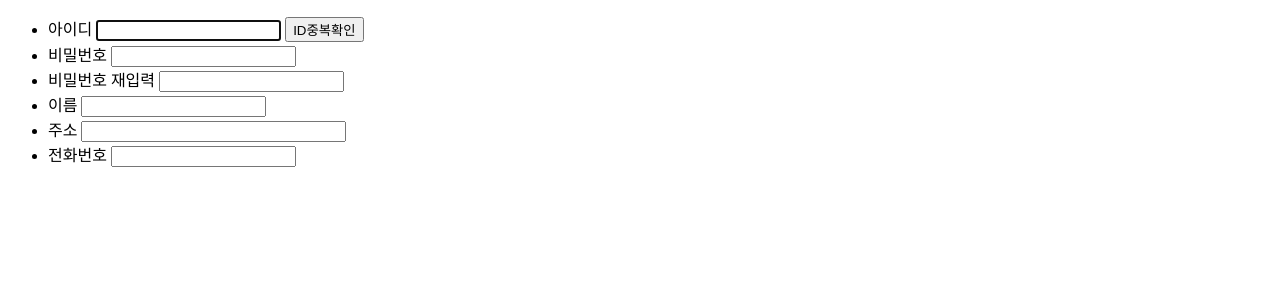
Repository: Tak-kuen/18-2
Page: http://localhost/studyjsp/ch11/registerForm.jsp
The author's editor kept a copy of each file at every save. The page is drawn from the files as they stood at one save, then again after the next save.
The browser window is 1280 px wide. The pictures show the whole page.
The page is served by Tomcat 9.

Above is the page before, as saved 2018-10-31 06:43:23.

After the next save:
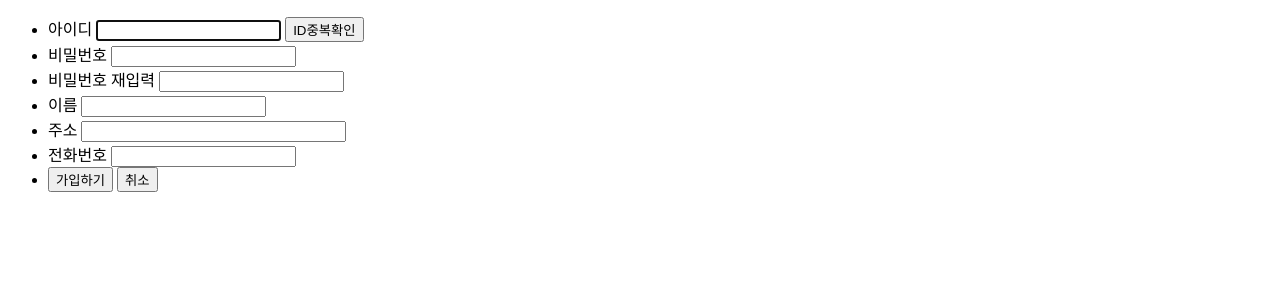
Saved 36 s later.
--- a/code/studyjsp/WebContent/ch11/registerForm.jsp
+++ b/code/studyjsp/WebContent/ch11/registerForm.jsp
@@ -24,6 +24,8 @@
 		<input id="address" name="address" type="text" size="30" maxlength="50" >
 		<li><label for="tel">전화번호</label>
 		<input id="tel" name="tel" type="tel" size="20" maxlength="20" >
+		<li class="label2"><button id="process">가입하기</button>
+		<button id="cancel">취소</button>
 	</ul>
 
 </div>
